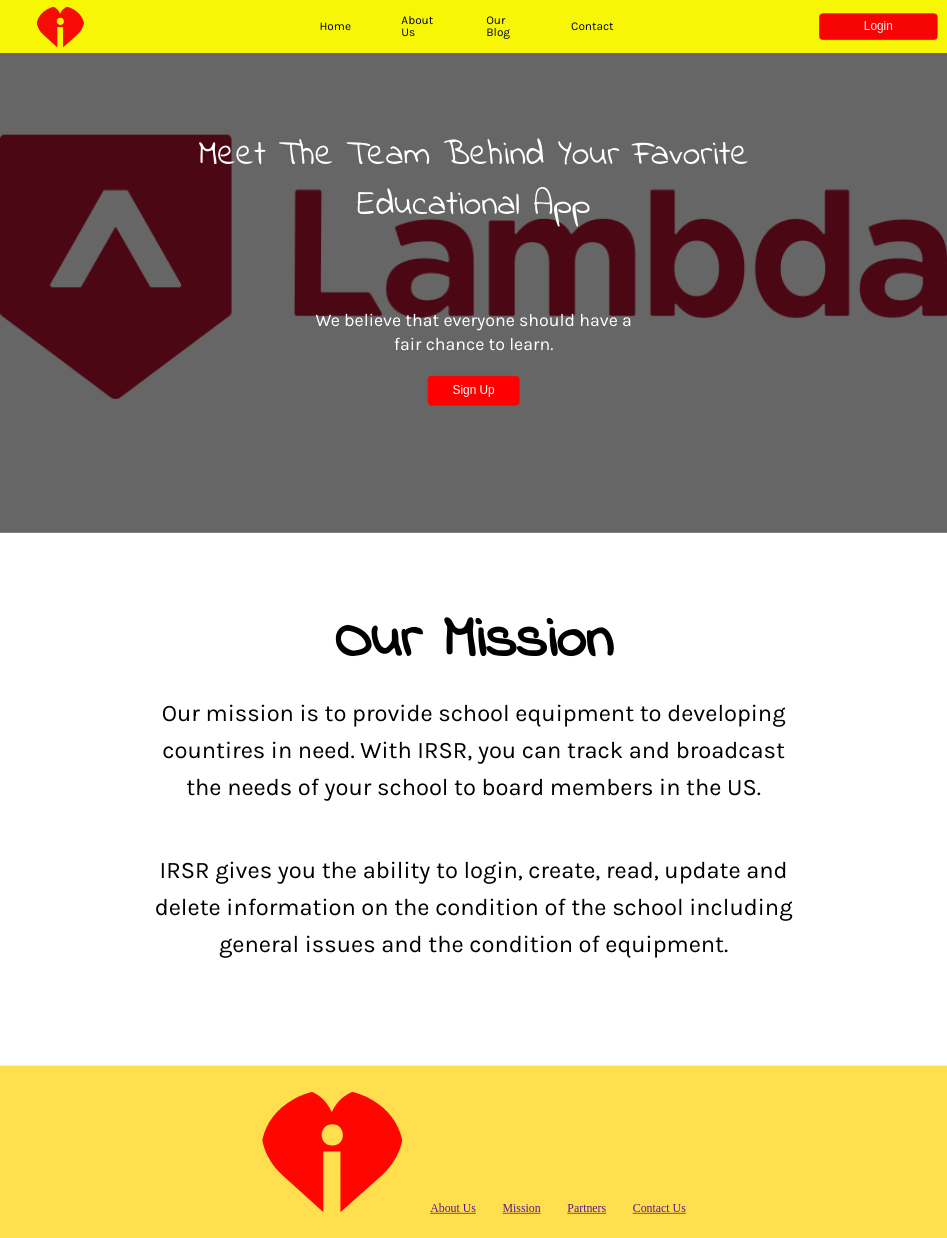
Repository: internationalrural-school-report/maketing-page
Page: about-us.html
An editor plug-in stored every save of this project. The page is shown before and after the next save, followed by the edit.
The browser window is 1280 px wide. The pictures show the whole page, at 74% of full size.
Backgrounds fixed to the window are drawn as part of the page.

Above is the page before, as saved 2019-08-29 14:08:50.

After the next save:
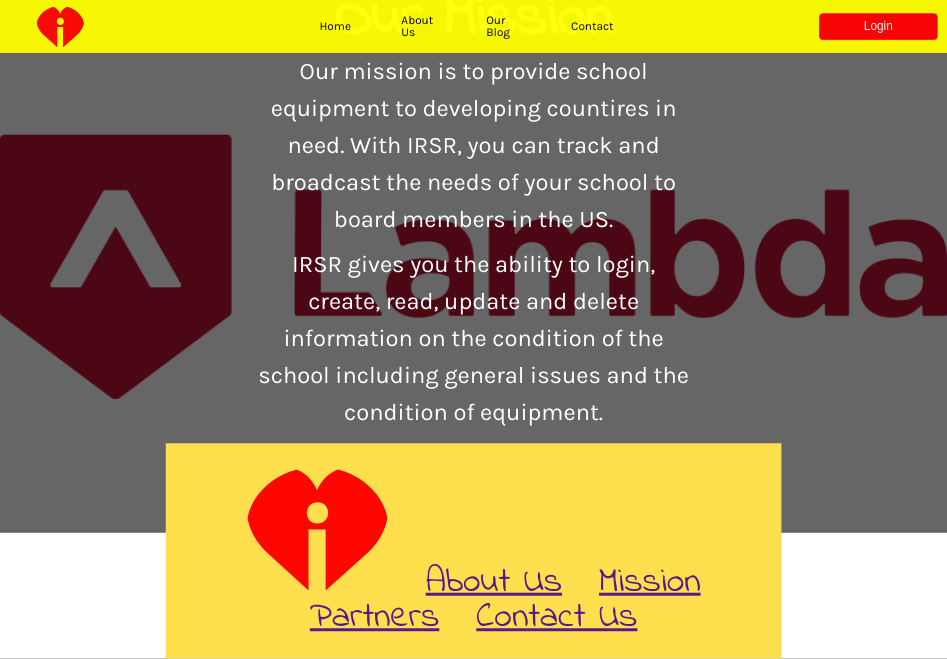
Saved 88 s later.
--- a/about-us.html
+++ b/about-us.html
@@ -57,7 +57,7 @@
             <p>
               Meet The Team Behind Your Favorite Educational App
             </p>
-          </div>
+          <!--</div>
           <div class="cta-txt2">
             <p>
               We believe that everyone should have a<br>
@@ -67,7 +67,7 @@
           <button>Sign Up</button>
         </div>
       </div>
-    </section>
+    </section>-->
 
     <!-- OUR MISSION SECTION -->
 

After the save that followed:
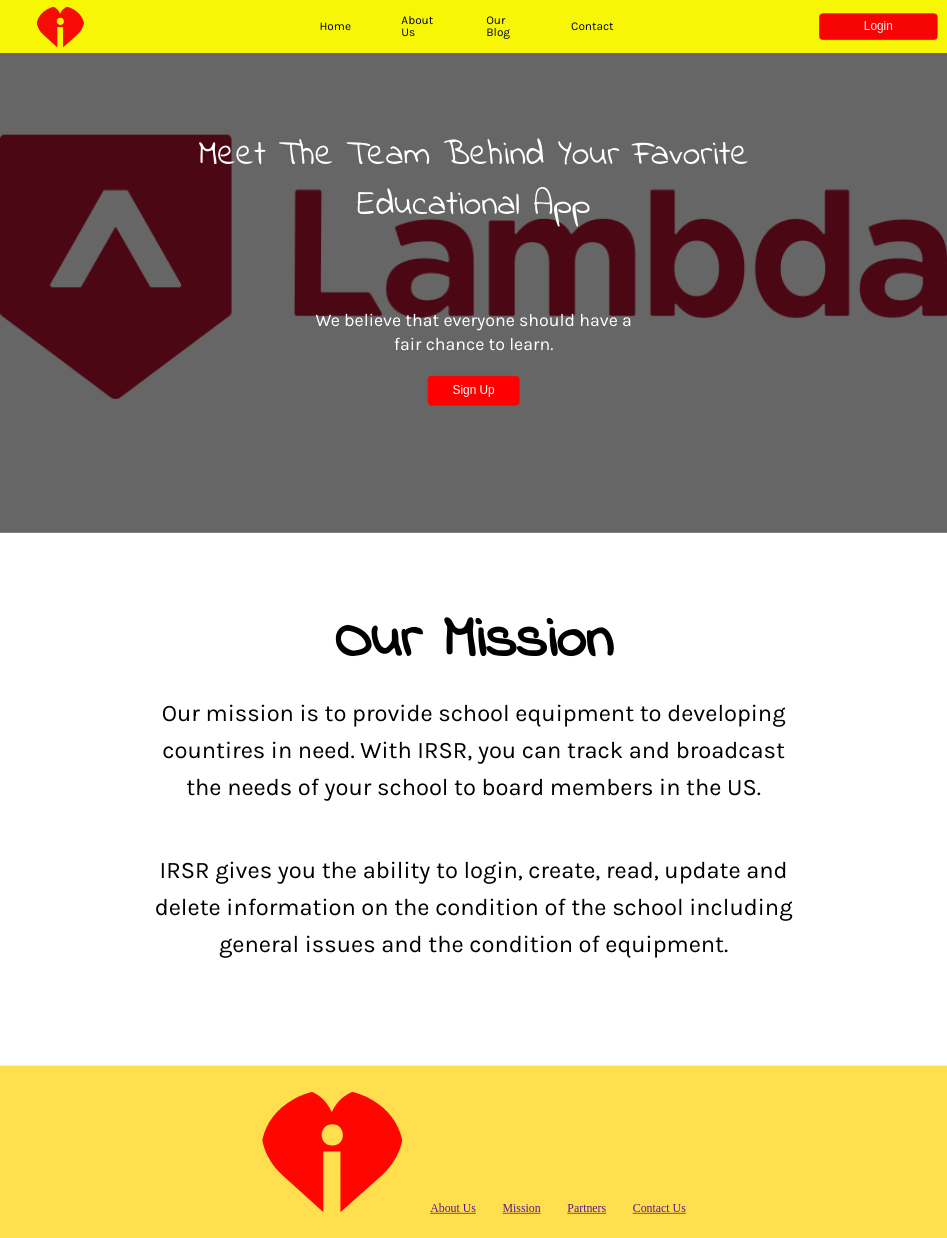
Saved 16 s later.
--- a/about-us.html
+++ b/about-us.html
@@ -57,7 +57,7 @@
             <p>
               Meet The Team Behind Your Favorite Educational App
             </p>
-          <!--</div>
+          <!----></div>
           <div class="cta-txt2">
             <p>
               We believe that everyone should have a<br>
@@ -67,7 +67,7 @@
           <button>Sign Up</button>
         </div>
       </div>
-    </section>-->
+    </section>
 
     <!-- OUR MISSION SECTION -->
 
